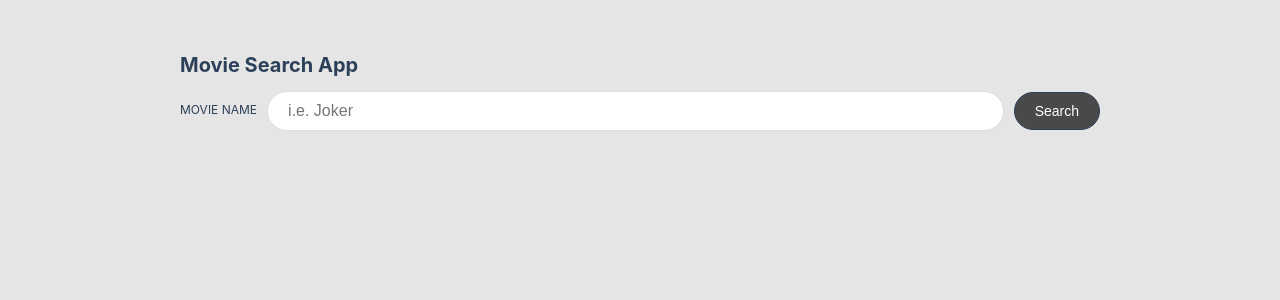
Repository: alialshara94/Movies-Search-React
Page: /
These files come from the project's save history. The page is drawn as it stood at one moment and after the next save; the edit follows.
The browser window is 1280 px wide. The pictures show the whole page.
The pointer rests on the first visible `.button`.
The project was rebuilt for these pictures with package versions that can differ from the ones it lists, and the page was loaded fresh each time.

Above is the page before, as saved 2020-10-22 01:07:04.

After the next save:
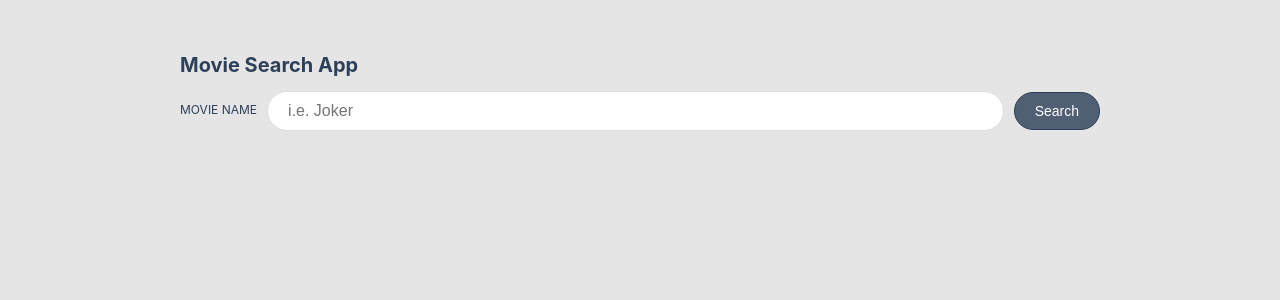
Saved 20 s later.
--- a/src/App.css
+++ b/src/App.css
@@ -63,7 +63,7 @@ small {
 }
 
 .button:hover {
-  background-color: rgba(0, 0, 0, 0.678);
+  background-color: #2d4059ce;
 }
 
 @media (min-width:786px){
